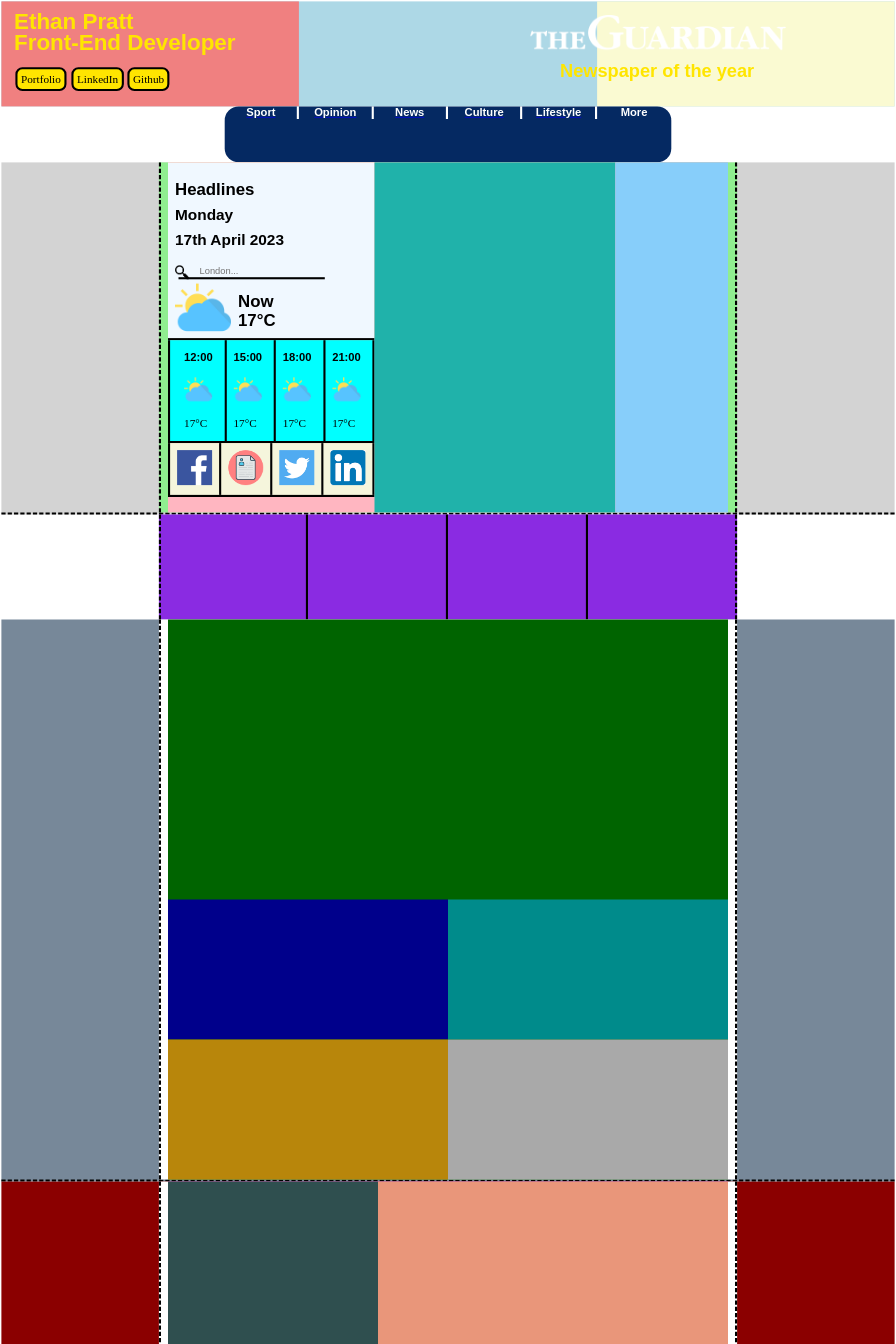
Repository: ghend99/News-Media
Page: index.html
The author's editor kept a copy of each file at every save. The page is drawn from the files as they stood at one save, then again after the next save.
The browser window is 1280 px wide. The pictures show the part of the page from y = 0 to 1920 px (the page is 3765 px tall), at 70% of full size.
The page's requests for data from a server got no answer. Some web fonts or font styles are not loaded; a fallback is used.

Above is the page before, as saved 2023-05-07 17:45:30.

After the next save:
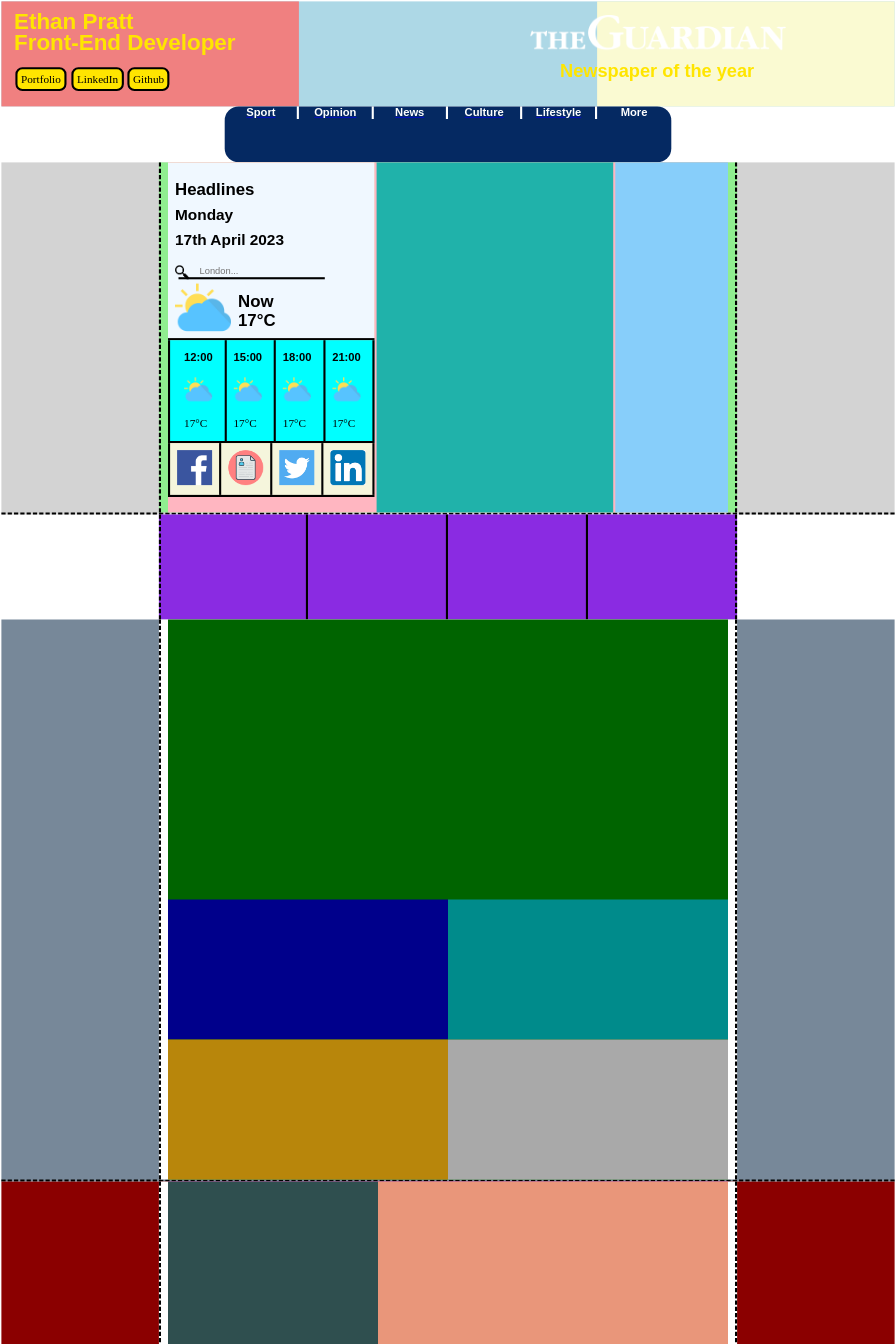
Saved 91 min 23 s later.
--- a/style.css
+++ b/style.css
@@ -253,6 +253,8 @@
 
 #news1-article1-container {
   background-color: lightseagreen;
+  margin-left: 3px;
+  margin-right: 3px;
 }
 
 .news1-article1-header {

After the save that followed:
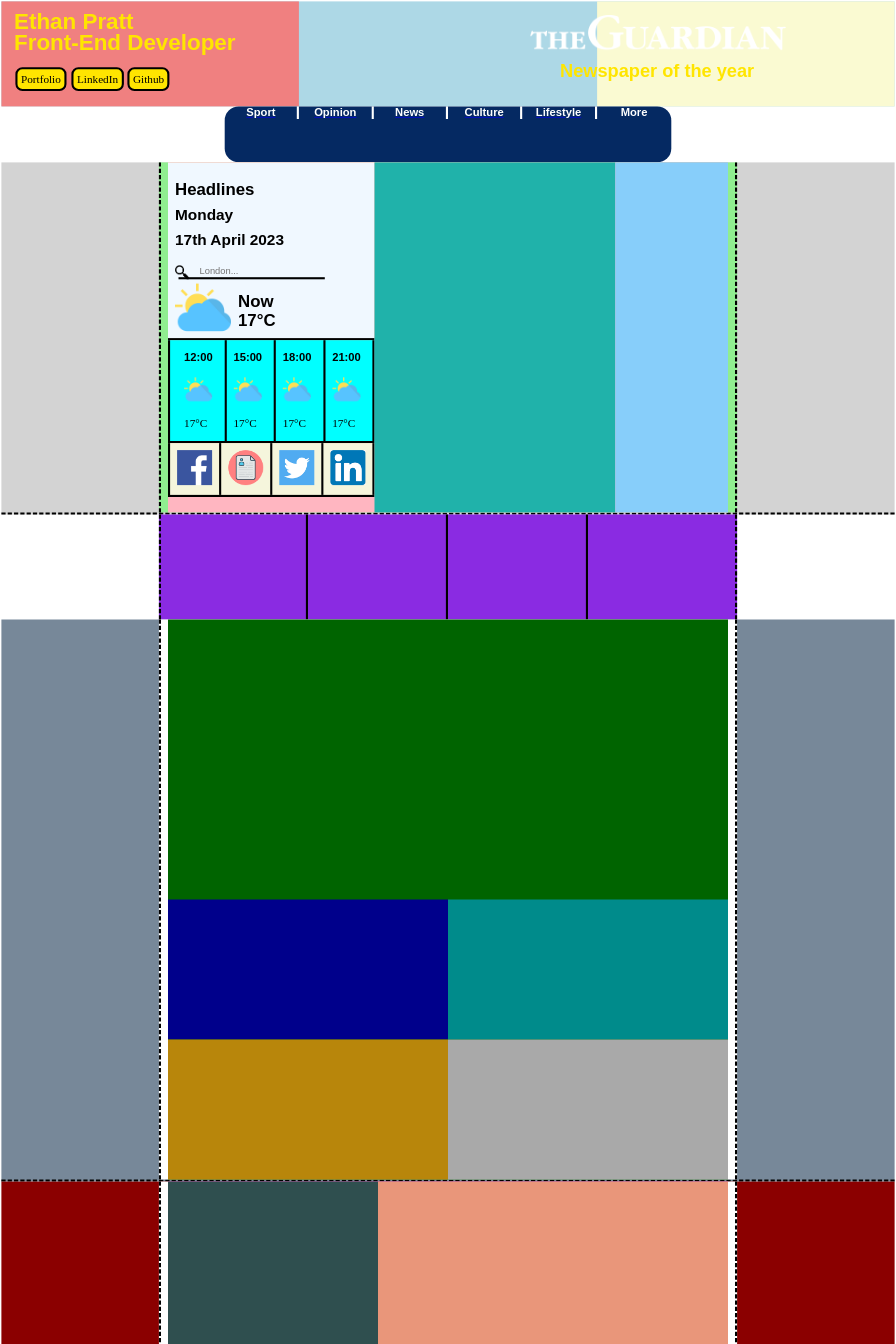
Saved 13 s later.
--- a/style.css
+++ b/style.css
@@ -253,8 +253,8 @@
 
 #news1-article1-container {
   background-color: lightseagreen;
-  margin-left: 3px;
-  margin-right: 3px;
+  padding-left: 3px;
+  padding-right: 3px;
 }
 
 .news1-article1-header {
